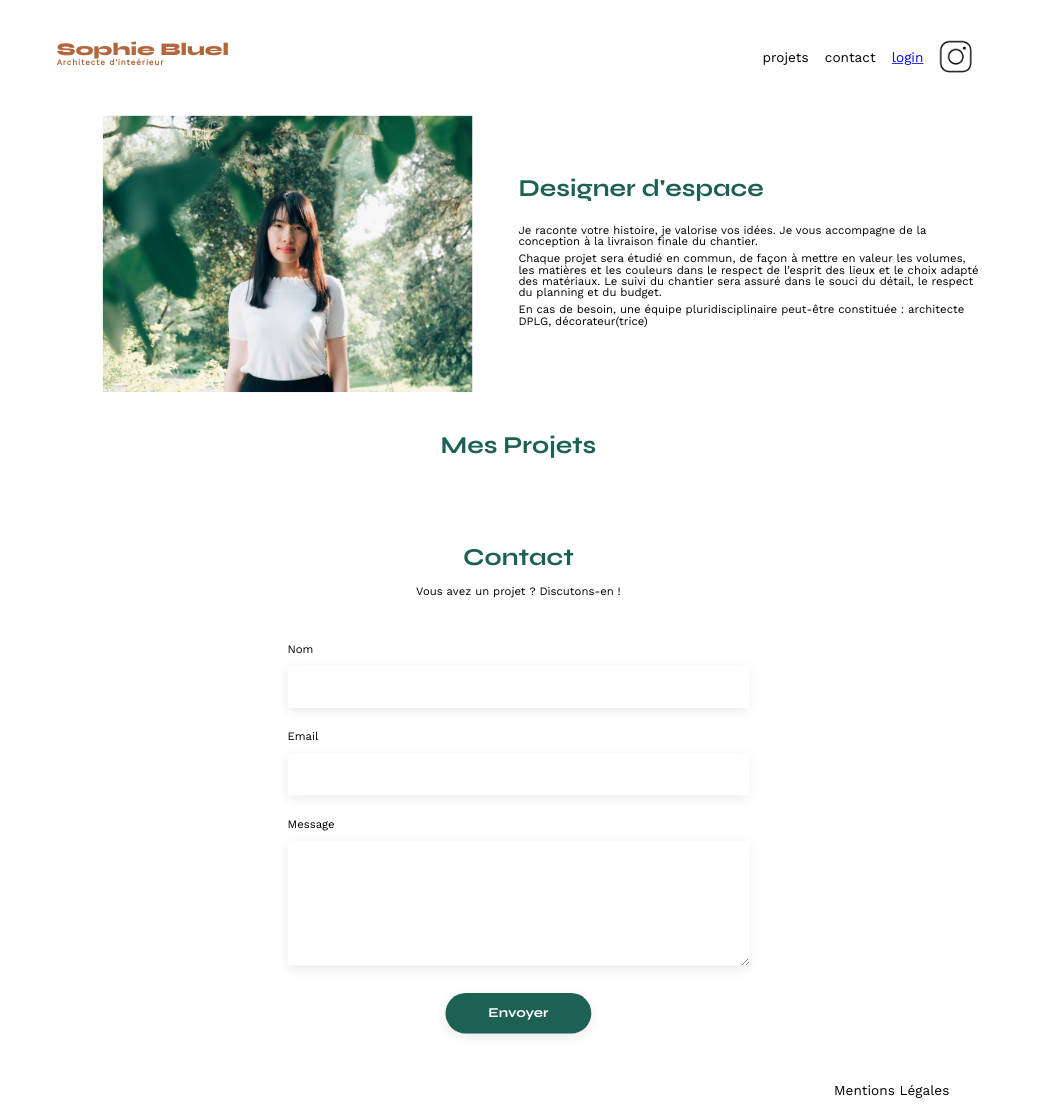
Repository: ByteVoyageur/OC-P6
Page: FrontEnd/index.html
The author's editor kept a copy of each file at every save. The page is drawn from the files as they stood at one save, then again after the next save.
The browser window is 1280 px wide. The pictures show the whole page, at 81% of full size.
The page's requests for data from a server got no answer.

Above is the page before, as saved 2023-10-18 20:17:14.
Console error: TypeError: Cannot read properties of null (reading 'addEventListener')

After the next save:
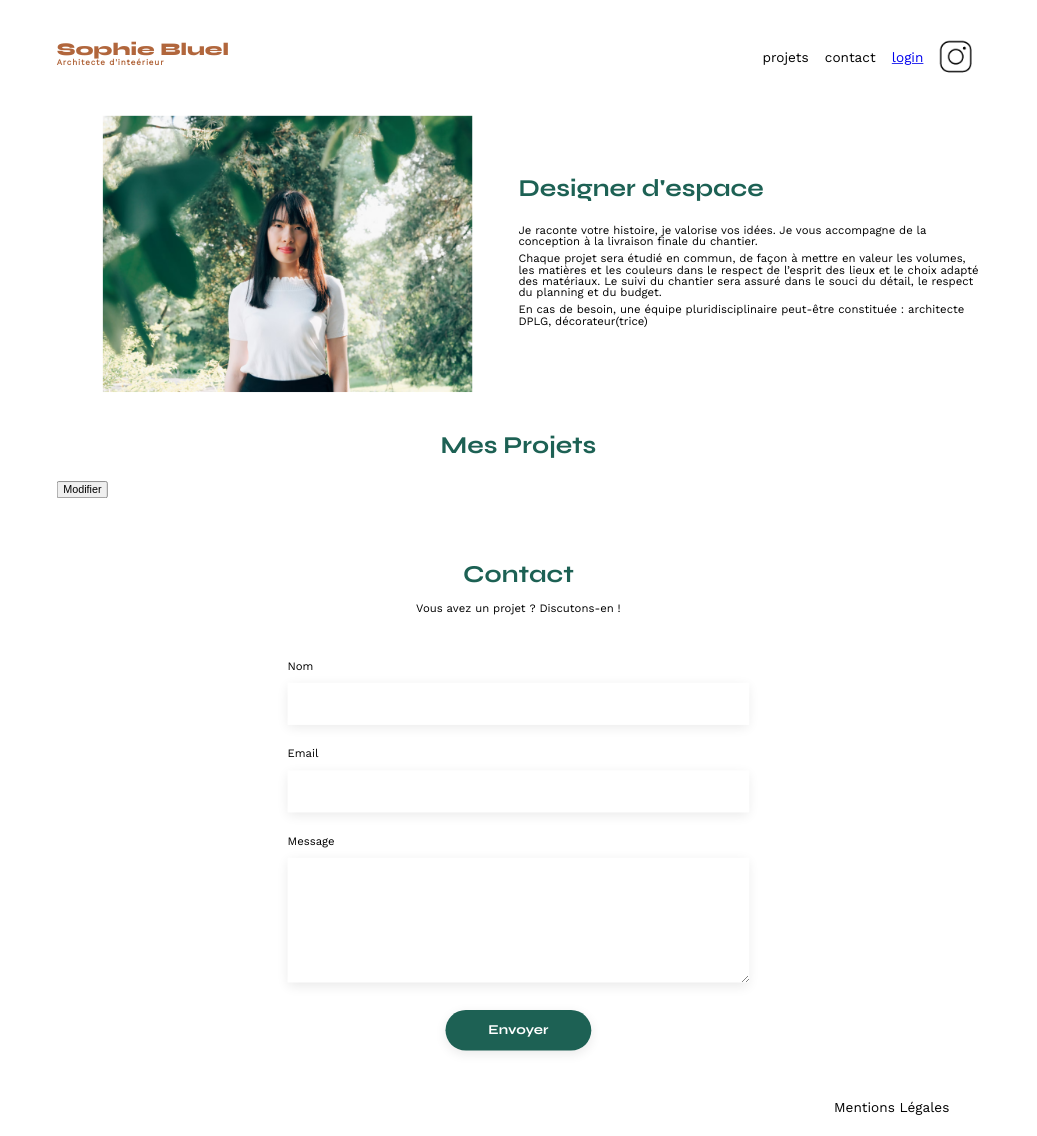
Saved 38 s later.
--- a/FrontEnd/index.html
+++ b/FrontEnd/index.html
@@ -46,7 +46,7 @@
 		</section>
 		<section id="portfolio">
 			<h2>Mes Projets</h2>
-			<button id="editGalleryButton" style="display: none;">Modifier</button>
+			<button id="editGalleryButton">Modifier</button>
 
 			<div id="category-buttons">
 			</div>
